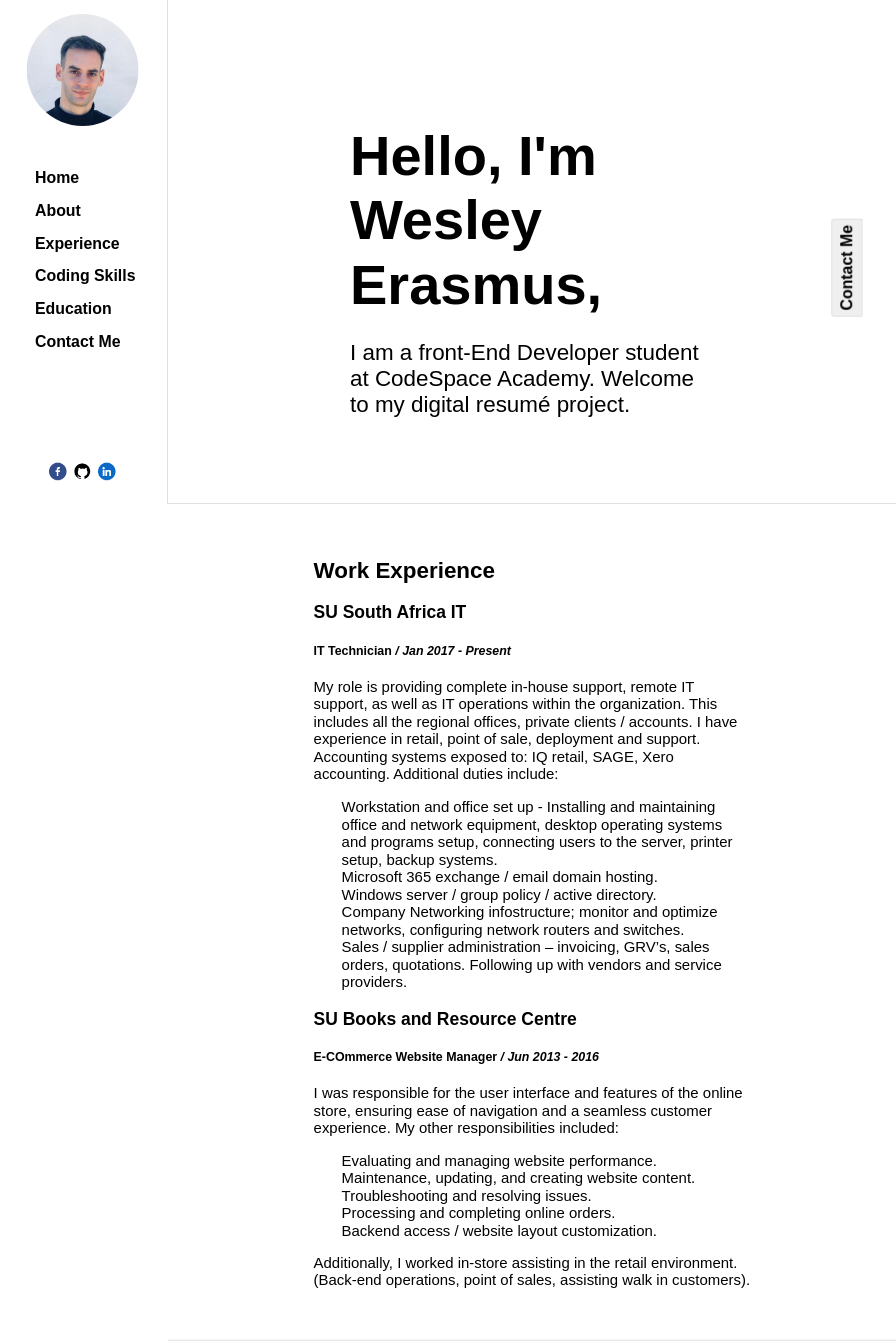
Repository: WesleyErasmus/MyDigitalResume-5
Page: index.html
The author's editor kept a copy of each file at every save. The page is drawn from the files as they stood at one save, then again after the next save.
The browser window is 1280 px wide. The pictures show the part of the page from y = 0 to 1920 px (the page is 4520 px tall), at 70% of full size.

Above is the page before, as saved 2022-02-26 00:10:49.

After the next save:
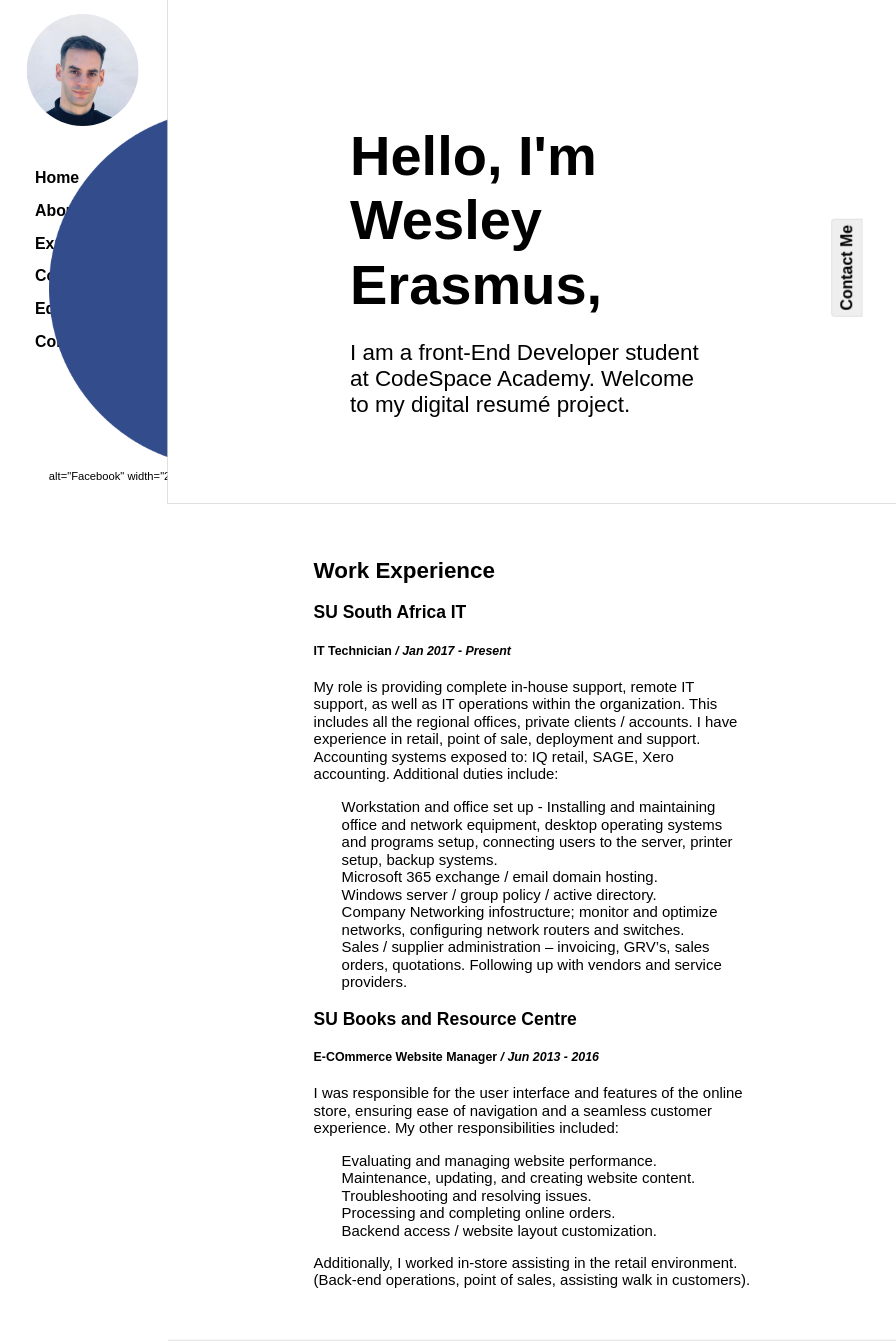
Saved 25 s later.
--- a/index.html
+++ b/index.html
@@ -25,7 +25,7 @@
                 <li><a href="#contact"><strong>Contact Me</strong></a></li>
             </ul>
             <ul class="social-media-links">
-                <li><a href="https://www.facebook.com/wesley.erasmus.37" target="_blank"><img src="/icons/facebook.png"
+                <li><a href="https://www.facebook.com/wesley.erasmus.37" target="_blank"><img src="/icons/facebook.png">
                             alt="Facebook" width="25px" height="25px"></a></li>
                 <li><a href="https://https://github.com/WesleyErasmus" target="_blank"><img src="icons/github (1).png"
                             alt="Instagram" width="25px" height="25px"></a></li>

After the save that followed:
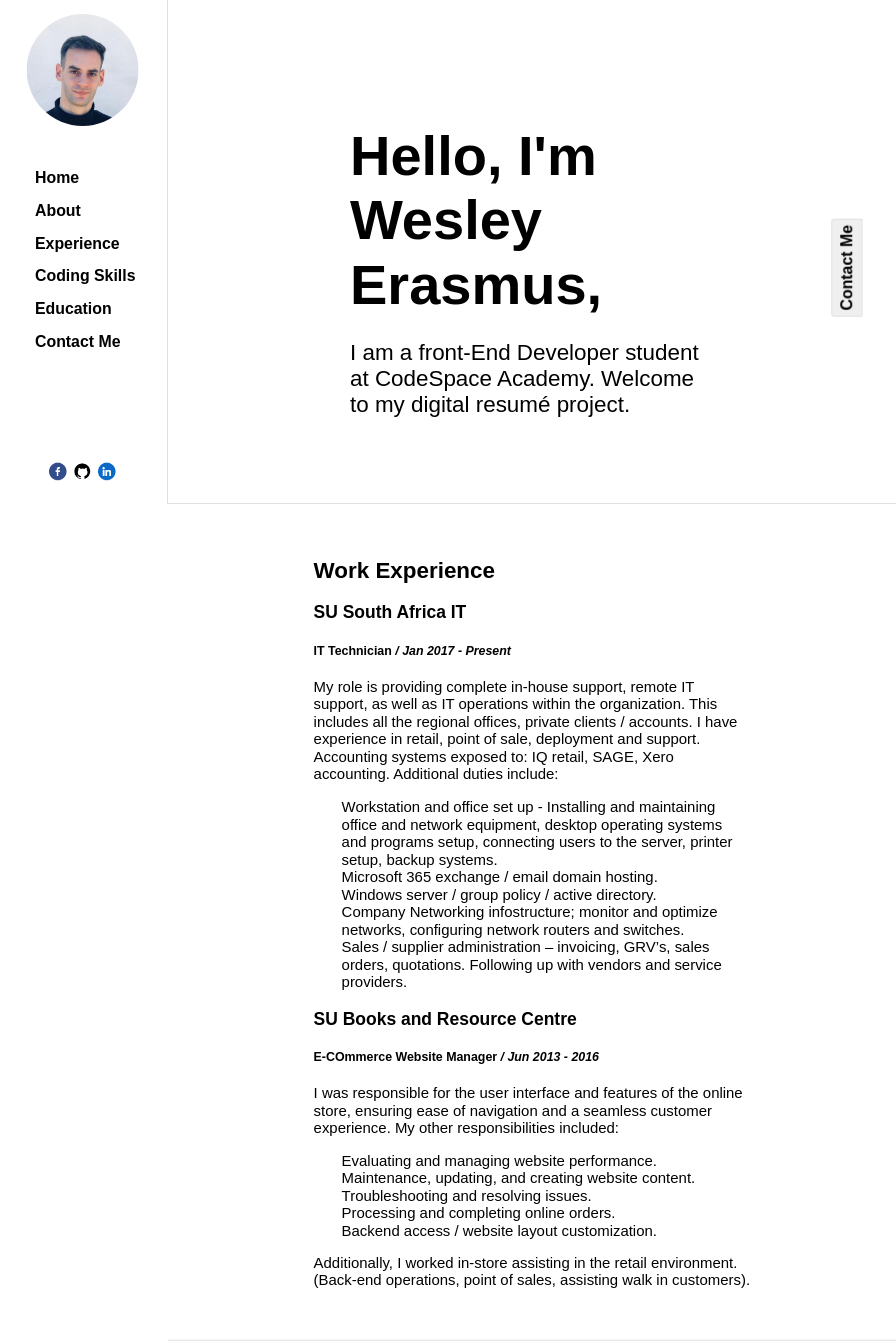
Saved 68 s later.
--- a/index.html
+++ b/index.html
@@ -25,7 +25,7 @@
                 <li><a href="#contact"><strong>Contact Me</strong></a></li>
             </ul>
             <ul class="social-media-links">
-                <li><a href="https://www.facebook.com/wesley.erasmus.37" target="_blank"><img src="/icons/facebook.png">
+                <li><a href="https://www.facebook.com/wesley.erasmus.37" target="_blank"><img src="/icons/facebook.png"
                             alt="Facebook" width="25px" height="25px"></a></li>
                 <li><a href="https://https://github.com/WesleyErasmus" target="_blank"><img src="icons/github (1).png"
                             alt="Instagram" width="25px" height="25px"></a></li>
